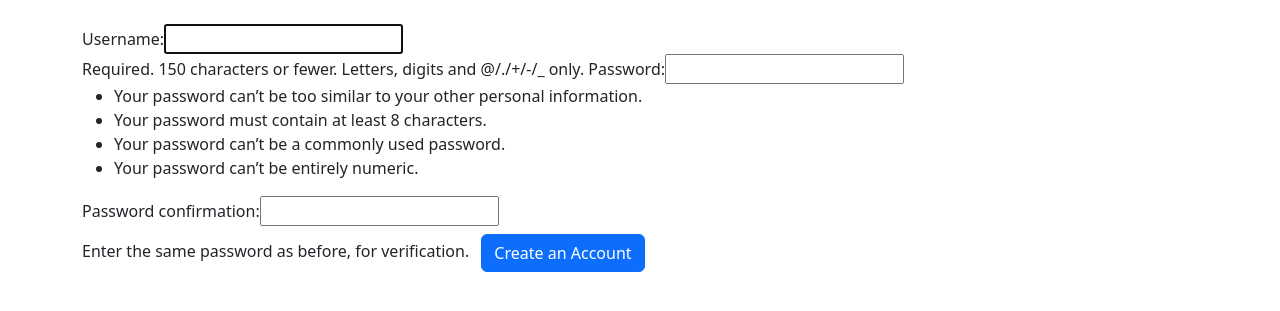
Repository: Ndifoinhilary/django_referrals_system
Page: http://localhost/signup/
The author's editor kept a copy of each file at every save. The page is drawn from the files as they stood at one save, then again after the next save.
The browser window is 1280 px wide. The pictures show the whole page.
The page is served by the project's application, run on Django 3.2 (manage.py).

Above is the page before, as saved 2024-01-09 23:46:50.

After the next save:
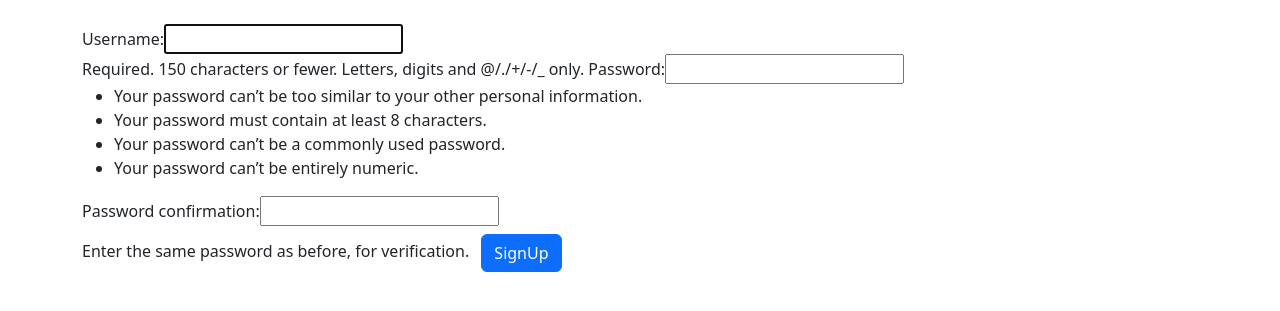
Saved 26 s later.
--- a/referrals/templates/signup.html
+++ b/referrals/templates/signup.html
@@ -8,7 +8,7 @@
     <form action="" method="post">
         {% csrf_token %}
         {{form}}
-        <button class="btn btn-primary m-2"> Create an Account</button>
+        <button class="btn btn-primary m-2"> SignUp</button>
 
       </form>
 </div>
